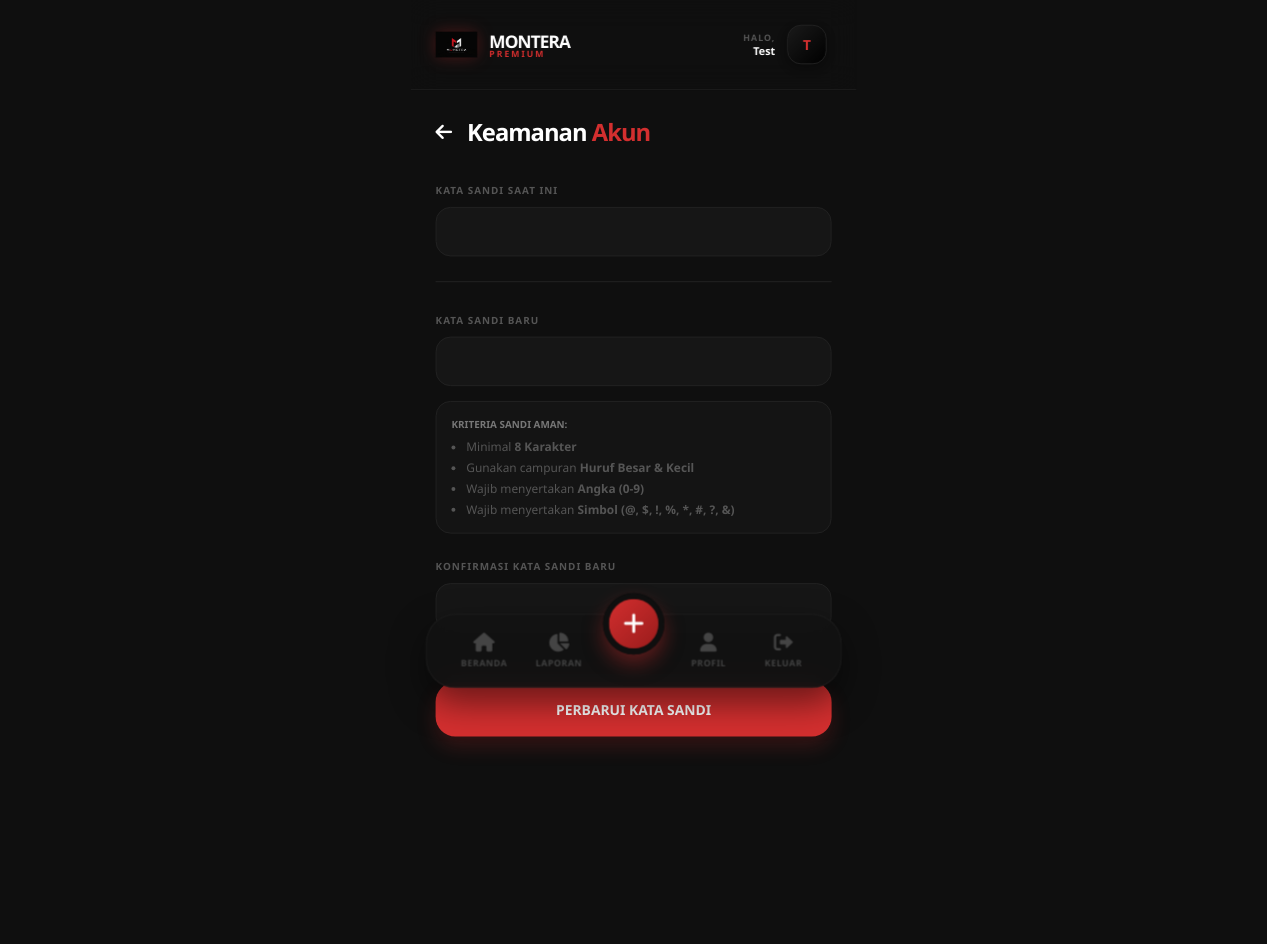
Repository: Tenno1208/montera-app
Page: http://localhost/profil/keamanan
These files come from the project's save history. The page is drawn as it stood at one moment and after a run of saves; the edit follows.
The browser window is 1280 px wide. The pictures show the whole page, at 99% of full size.
The page is served by the project's Laravel application, run on PHP 8.4 with Laravel 12. A made-up administrator, Test User (test@example.com), is signed in.

Above is the page before, as saved 2026-04-23 20:11:14.

After the next 2 saves:
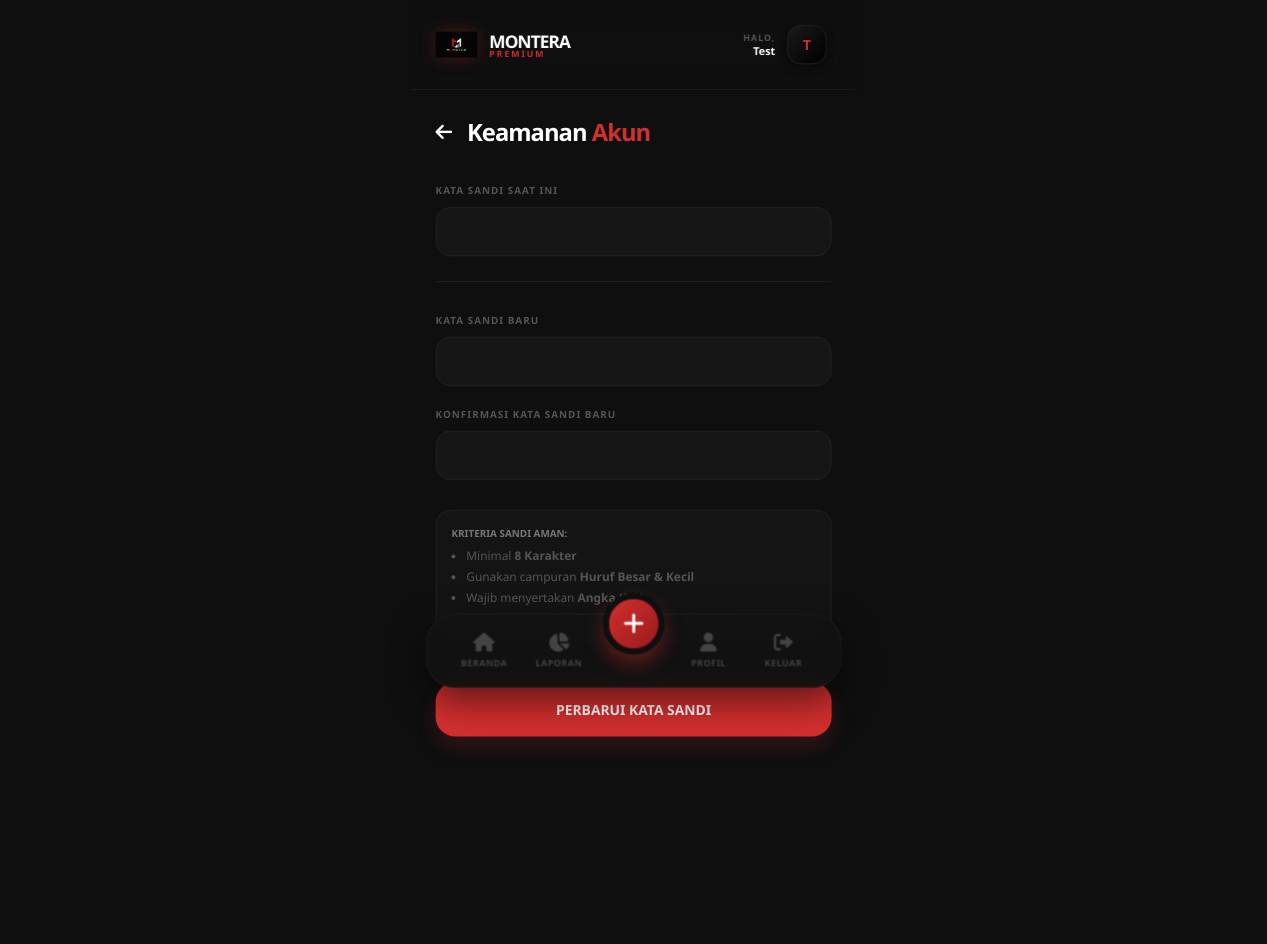
The 2 saves are shown as one change because they came seconds apart.
The last was saved 30 s later.
--- a/resources/views/auth/keamanan.blade.php
+++ b/resources/views/auth/keamanan.blade.php
@@ -26,6 +26,12 @@
             @error('password') <small style="color: #D32F2F; font-weight: bold; margin-top: 5px; display: block;">{{ $message }}</small> @enderror
         </div>
 
+        <div style="margin-bottom: 30px;">
+            <label style="font-size: 10px; color: #555; font-weight: 800; text-transform: uppercase; letter-spacing: 1px;">Konfirmasi Kata Sandi Baru</label>
+            <input type="password" name="password_confirmation" required
+                   style="width: 100%; background: #161616; border: 1px solid #222; color: white; padding: 15px; border-radius: 15px; margin-top: 8px; outline: none;">
+        </div>
+
         <div style="background: rgba(255,255,255,0.02); padding: 15px; border-radius: 15px; border: 1px solid #222; margin-bottom: 20px;">
             <p style="font-size: 10px; color: #777; font-weight: 800; margin-bottom: 8px; text-transform: uppercase;">Kriteria Sandi Aman:</p>
             <ul style="margin: 0; padding-left: 15px; font-size: 0.75rem; color: #555; display: flex; flex-direction: column; gap: 4px;">
@@ -36,12 +42,6 @@
             </ul>
         </div>
 
-        <div style="margin-bottom: 30px;">
-            <label style="font-size: 10px; color: #555; font-weight: 800; text-transform: uppercase; letter-spacing: 1px;">Konfirmasi Kata Sandi Baru</label>
-            <input type="password" name="password_confirmation" required
-                   style="width: 100%; background: #161616; border: 1px solid #222; color: white; padding: 15px; border-radius: 15px; margin-top: 8px; outline: none;">
-        </div>
-
         <button type="submit" class="btn-submit" style="width: 100%; background: #D32F2F; color: white; border: none; padding: 18px; border-radius: 20px; font-weight: 900; font-size: 14px; cursor: pointer; box-shadow: 0 10px 20px rgba(211, 47, 47, 0.2);">
             PERBARUI KATA SANDI
         </button>
